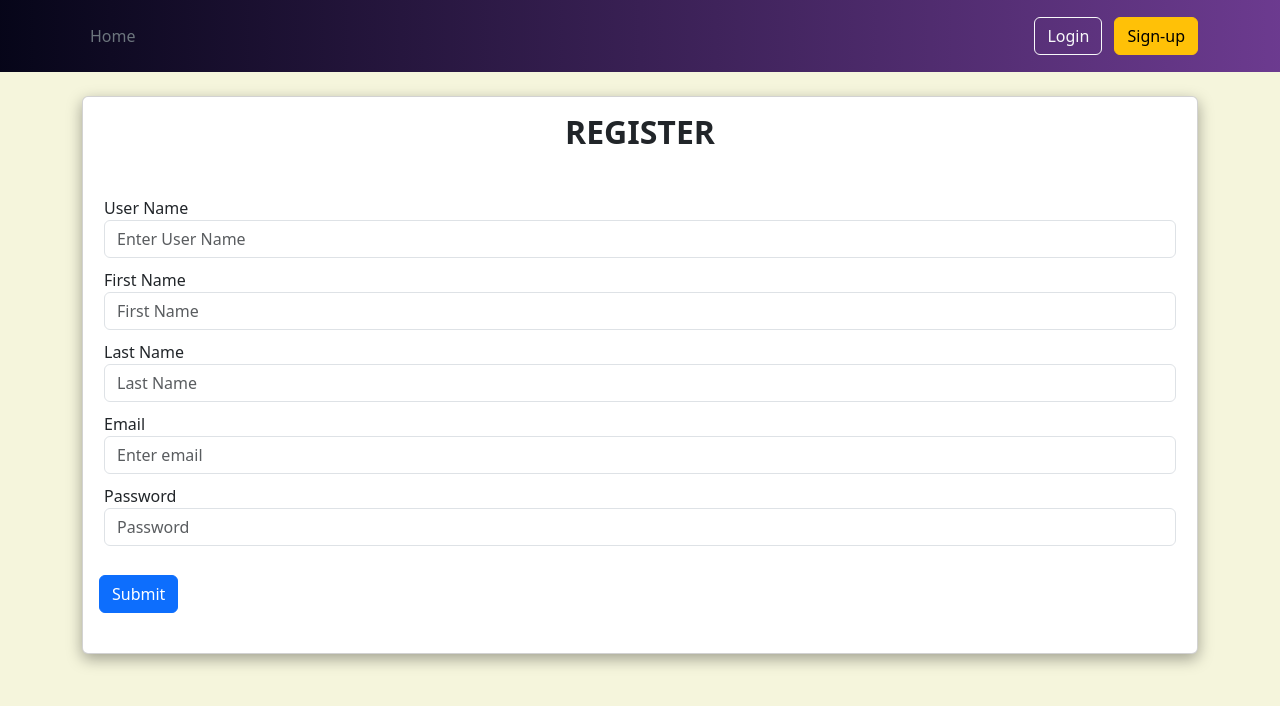
Repository: professorsourabh/php_membership
Page: index.html
These files come from the project's save history. The page is drawn as it stood at one moment and after the next save; the edit follows.
The browser window is 1280 px wide. The pictures show the whole page.

Above is the page before, as saved 2023-07-08 18:32:41.

After the next save:
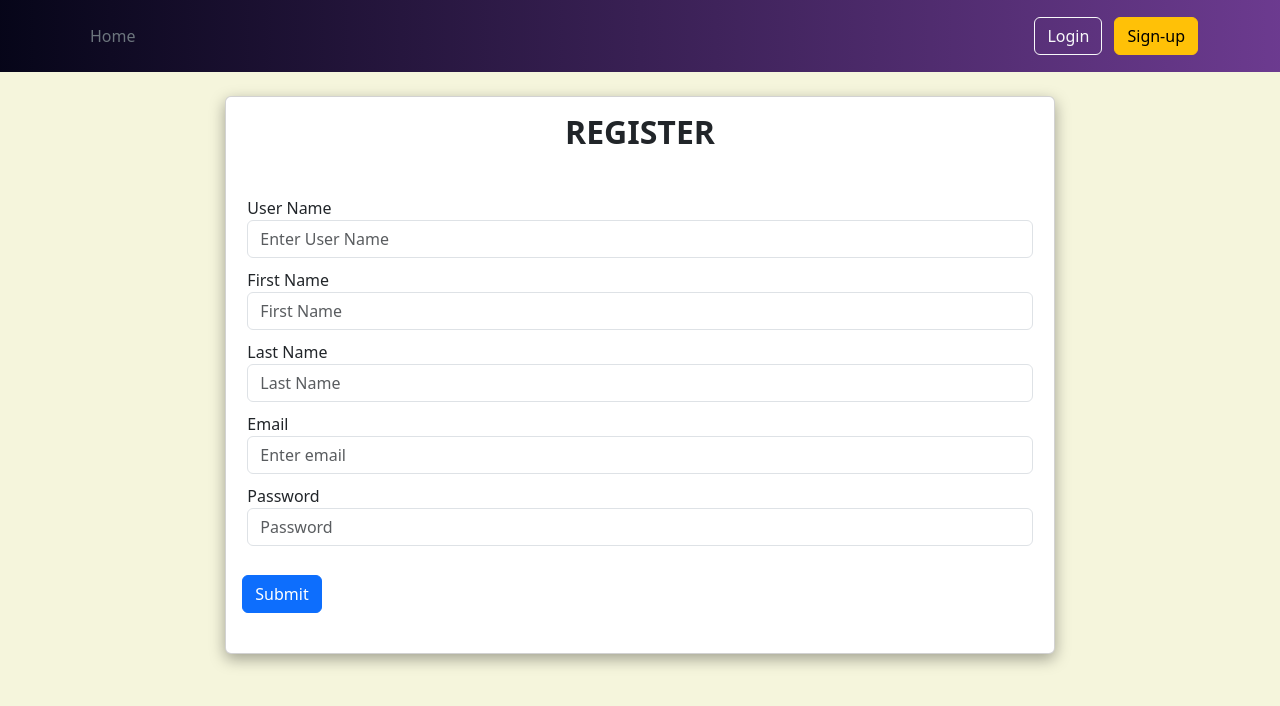
Saved 67 s later.
--- a/index.html
+++ b/index.html
@@ -24,7 +24,7 @@
           </div>
         </div>
       </header>
-      <div class="container my-4">
+      <div class="container my-4 col-lg-8">
         <div class="card my-4" style="box-shadow: rgba(0, 0, 0, 0.35) 0px 5px 15px;">
             <div class="card-heading text-center my-3 mx-2">
                 <h2 class="text-uppercase fw-bold">Register</h2>
